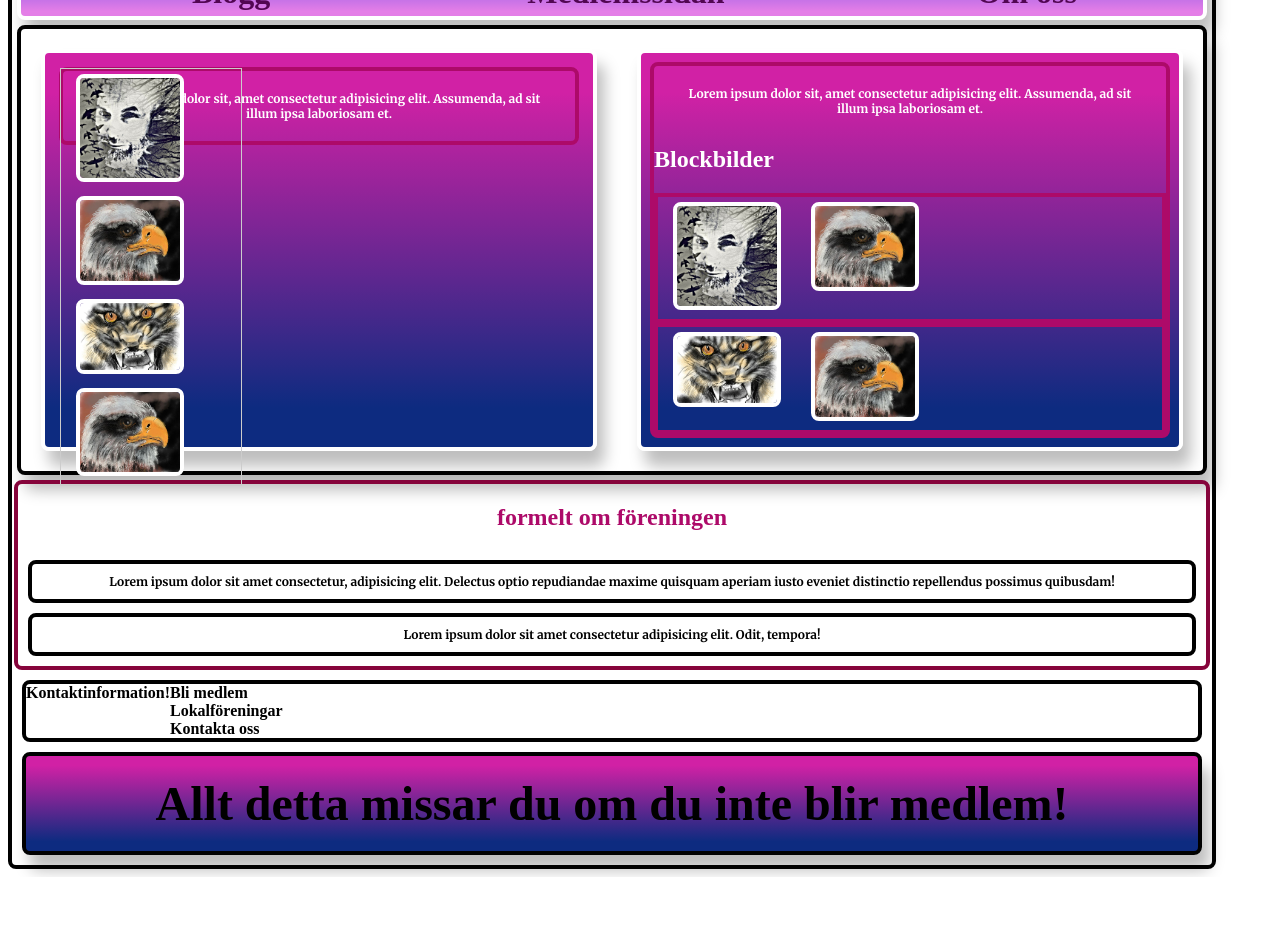
Repository: Webutveckling-20-21/lektion-3-CSS
Page: medlemssidan.html
An editor plug-in stored every save of this project. The page is shown before and after the next save, followed by the edit.
The browser window is 1280 px wide. The pictures show the part of the page from y = 117 to 1057 px (the page is 1057 px tall).
A picture or video elsewhere on the page could not be fetched, so the positions and the page height are approximate. Some web fonts or font styles are not loaded; a fallback is used.

Above is the page before, as saved 2021-10-07 14:08:29.

### medlemssidan.html
<!DOCTYPE html>
<html lang="en">

<head>
    <meta charset="UTF-8">
    <meta http-equiv="X-UA-Compatible" content="IE=edge">
    <meta name="viewport" content="width=device-width, initial-scale=1.0">
    <link rel="stylesheet" href="style3.css">
    <link rel="stylesheet" href="style4.css">
    <title>om oss</title>
</head>

<body>
    <div class="header">

        <h1>Palettnördarna.se</h1>
        <div class="logo">
            <img src="images/logga.png" alt="logga" class="logo-img">
        </div>

    </div>

    <ul class="navbar">

        <li class="nav-list"> <a href="index.html">Blogg</a></li>
        <li><a href="medlemssidan.html">Medlemssidan</a></li>
        <li><a href="om oss.html">Om oss</a></li>

    </ul>

    <div class="box">



        <div class="green">
            <div class="text-info">
                <p> Lorem ipsum dolor sit, amet consectetur adipisicing elit. Assumenda, ad sit illum ipsa laboriosam
                    et.</p>
                <h2>Blockbilder</h2>
                <div class="picture">
                    <div class="pics1 pics"> <img src="images/20171005_201321.jpg" alt=""> </div>
                    <div class="pics2 pics"> <img src="images/1493892949023.jpeg" alt=""> </div>
                </div>
                <div class="picture">
                    <div class="pics3 pics"> <img src="images/1494397130015.jpeg" alt=""> </div>
                    <div class="pics4 pics"> <img src="images/1493892949023.jpeg" alt=""></div>
                </div>

            </div>
        </div>

        <div class="red">
            <div class="text-info">
                <p> Lorem ipsum dolor sit, amet consectetur adipisicing elit. Assumenda, ad sit illum ipsa laboriosam
                    et.</p>
            </div >
            <div class="gallery">
            <div class="pics1 pics"> <img src="images/20171005_201321.jpg" alt=""> </div>
            <div class="pics2 pics"> <img src="images/1493892949023.jpeg" alt=""> </div>
            <div class="pics3 pics"> <img src="images/1494397130015.jpeg" alt=""> </div>
            <div class="pics4 pics"> <img src="images/1493892949023.jpeg" alt=""></div>
        </div>
        </div>
    </div>

    <main class="main-content">
        <h2>formelt om föreningen</h2>
        <div class="information">
            <p>Lorem ipsum dolor sit amet consectetur, adipisicing elit. Delectus optio repudiandae maxime quisquam
                aperiam iusto eveniet distinctio repellendus possimus quibusdam!</p>
            <p>Lorem ipsum dolor sit amet consectetur adipisicing elit. Odit, tempora!

            </p>
        </div>

    </main>

    <section class="contact-all"> Kontaktinformation!

        <div class="contact-info">
            <div class="be-member">Bli medlem</div>
            <div class="locals">Lokalföreningar</div>
            <div class="contact">Kontakta oss</div>
        </div>
    </section>

    <footer class="footer-place"> Allt detta missar du om du inte blir medlem!</footer>

</body>






</html>

### style3.css
@import url('https://fonts.googleapis.com/css2?family=Grechen+Fuemen&display=swap');
@import url('https://fonts.googleapis.com/css2?family=Roboto&display=swap');
@import url('https://fonts.googleapis.com/css2?family=Merriweather:wght@700&display=swap');

body {
    font-family: 'Grechen Fuemen', cursive;
    font-weight: bolder;
    border: 4px solid black;
    border-radius: 8px;
    max-width: 1200px;
}

.header {
    display: flex;
    width: 98%;
    height: 50px;
    border: 5px solid white;
    background: linear-gradient(to bottom, #6f76df 10%, #df258b 90%);
    box-shadow: 7.6px 15.2px 15.2px hsl(0deg 0% 0% / 0.26);
    border-radius: 8px;
    justify-content: center;
    margin: 5px;
}

.header h1 {
    margin: 10px;
    flex-wrap: wrap;
}

.logo-img {
    border: 0px;
}


.navbar {

    width: auto;
    height: auto;
    display: flex;
    align-items: center;
    justify-content: space-around;
    background-color: #eed9f8;
    margin: 5px;
    border-radius: 8px;
    flex-wrap: wrap;
}

audio {
    width: 200px;
    height: 50px;
}

ul {

    list-style-type: none;
    flex-wrap: wrap;
    margin-left: 5;
    margin-right: 5;
    padding: 10;
    width: 90%;
    height: auto;
    overflow: hidden;
    border: 4px solid white;
    background: linear-gradient(to bottom, #8257e7 10%, #e47ee7 90%);
    box-shadow: 7.6px 15.2px 15.2px hsl(0deg 0% 0% / 0.26);
}

.nav-list {
    margin: 5px;
    flex-wrap: wrap;

}

a {
    text-decoration: none;
    font-size: 2rem;
    color: rgb(82, 6, 82);


}

a:hover {
    color: rgb(100, 59, 212);
}

/*
.img::before {
    content:"opacity .2" ;
 }
 .img::after {
    content:" opacity 1";
 }*/

.thumbnail:hover {
    position: relative;
    top: -10px;
    /* left: -10px; */
    right: 30px;
    width: 175px;
    height: auto;
    display: block;
    z-index: 999;
    transition: all .5s ease-in-out;
}

.marg-text {
    text-align: justify;
}

/* <img src="[your hosted image URL]" class="thumbnail" height="100" width="100" />  */



.box {
    /* background: linear-gradient(to bottom, #c69de7 10%, #e47ee7 90%); */
    /* height:200px; */
    display: flex;
    /* max-width: 100%; */
    align-items: stretch;
    justify-content: center;
    flex-direction: row;
    flex-wrap: wrap;
    ;
    border: 4px solid rgb(86, 5, 102);
    background-color: white;
    border-radius: 8px;
    flex-wrap: wrap;
    border: solid 4px black;
    margin: 5px;
    /* opacity: 0.5; */
    box-shadow: 7.6px 15.2px 15.2px hsl(0deg 0% 0% / 0.26);
}

.blue {
    display:flex;
    flex-wrap: wrap;


   background: linear-gradient(to bottom, #d121a5 10%, #0d2b80 90%);
    max-width: 300px;
    max-height: auto;
    background-color: rgba(255, 255, 255, 0.2);
    margin: 20px;
    flex: 1;
    order: 2;
    border: 4px solid rgb(241, 238, 238);
    color: white;
    border-radius: 8px;
    padding: 10px;
    box-shadow: 7.6px 15.2px 15.2px hsl(0deg 0% 0% / 0.26);

}

.green {
    max-width: 300px;
    max-height: auto;
    flex: 1;
    order: 3;
    margin: 20px;
    border: 4px solid white;
    color: White;
    border-radius: 8px;
    padding: 5px;
    box-shadow: 7.6px 15.2px 15.2px hsl(0deg 0% 0% / 0.26);
    background: linear-gradient(to bottom, #d121a5 10%, #0d2b80 90%);
}

.red {
    max-width: 300px;
    margin: 20px;
    flex: 1;
    order: 1;
    padding: 10px;
    color: white;

    border: 4px solid white;
    background: rgba(255, 255, 255, 0.1);
    border-radius: 8px;
    padding: 10px;
    background: linear-gradient(to bottom, #d121a5 10%, #0d2b80 90%);
    box-shadow: 7.6px 15.2px 15.2px hsl(0deg 0% 0% / 0.26);

}

.main-content{
    display:flex;
    flex-direction: column;
  text-align: center;
  border:solid 4px rgb(134, 4, 59);
  border-radius:8;
  margin: 2px;
}
main{
    border-radius: 8px;
}

 .main-content> h2{
   color:rgb(173, 10, 105);
 }
 .information>p{
     color:black;
     border:solid 4px black;
     border-radius: 8px;
 }
 .text-info{
     border:solid 4px rgb(173,10,105);
     border-radius: 8px;
     margin:4px;

 }
 .picture{
     display:flex;
     flex-wrap: wrap;
     border:solid 4px rgb(173,10,105);

 }


img {
    margin-left: 10px;
    margin-right: 10px;
    width: 100px;
    border-radius: 8px;
    max-width: 300px;
    /*margin: auto;*/
    border: 4px solid white;
}

h2 {
    justify-content: center;
    font-weight: 700;
}
h3 {
    margin: auto;
}
p {
    font-size: 0.75rem;
    text-align: center;
    margin: 10px;
    padding: 10px;
    font-family: 'Merriweather', serif;
    color: white;
    /* font-family: 'Roboto', sans-serif;   */

}

h3 {
    /* padding: 20px; */
    text-align: center;
}

.footer-place {
    display: flex;
    justify-content: center;
    align-items: stretch;
    /* width: 90vh; */
    padding: 20px;
    margin: 10px;
    border: 4px solid black;
    background: linear-gradient(180deg, #d121a5 10%, #0d2b80 90%);
    box-shadow: 7.6px 15.2px 15.2px hsl(0deg 0% 0% / 0.26);
    border-radius: 8px;
    font-size:3rem;
}

.pics {

    margin: 5px;

}

### style4.css
@import url('https://fonts.googleapis.com/css2?family=Grechen+Fuemen&display=swap');
@import url('https://fonts.googleapis.com/css2?family=Roboto&display=swap');
@import url('https://fonts.googleapis.com/css2?family=Merriweather:wght@700&display=swap');

body {
    font-family: 'Grechen Fuemen', cursive;
    font-weight: bolder;
    border: 4px solid black;
    border-radius: 8px;
    max-width: 1200px;
}

.header {
    display: flex;
    width: 98%;
    height: 50px;
    border: 5px solid white;
    background: linear-gradient(to bottom, #6f76df 10%, #df258b 90%);
    box-shadow: 7.6px 15.2px 15.2px hsl(0deg 0% 0% / 0.26);
    border-radius: 8px;
    justify-content: center;
    margin: 5px;
}

.header h1 {
    margin: 10px;
    flex-wrap: wrap;
}

.logo-img {
    border: 0px;
}


.navbar {

    width: auto;
    height: auto;
    display: flex;
    align-items: center;
    justify-content: space-around;
    background-color: #eed9f8;
    margin: 5px;
    border-radius: 8px;
    flex-wrap: wrap;
}

audio {
    width: 200px;
    height: 50px;
}

ul {

    list-style-type: none;
    flex-wrap: wrap;
    margin-left: 5;
    margin-right: 5;
    padding: 10;
    width: 90%;
    height: auto;
    overflow: hidden;
    border: 4px solid white;
    background: linear-gradient(to bottom, #8257e7 10%, #e47ee7 90%);
    box-shadow: 7.6px 15.2px 15.2px hsl(0deg 0% 0% / 0.26);
}

.nav-list {
    margin: 5px;
    flex-wrap: wrap;

}

a {
    text-decoration: none;
    font-size: 2rem;
    color: rgb(82, 6, 82);


}

a:hover {
    color: rgb(100, 59, 212);
}

/*
.img::before {
    content:"opacity .2" ;
 }
 .img::after {
    content:" opacity 1";
 }*/

.thumbnail:hover {
    position: relative;
    top: -10px;
    /* left: -10px; */
    right: 30px;
    width: 175px;
    height: auto;
    display: block;
    z-index: 999;
    transition: all .5s ease-in-out;
}

.marg-text {
    text-align: justify;
}

/* <img src="[your hosted image URL]" class="thumbnail" height="100" width="100" />  */



.box {
    /* background: linear-gradient(to bottom, #c69de7 10%, #e47ee7 90%); */
    /* height:200px; */
    display: flex;
    /* max-width: 100%; */
    align-items: stretch;
    justify-content: center;
    flex-direction: row;
    flex-wrap: wrap;
    ;
    border: 4px solid rgb(86, 5, 102);
    background-color: white;
    border-radius: 8px;
    flex-wrap: wrap;
    border: solid 4px black;
    margin: 5px;
    /* opacity: 0.5; */
    box-shadow: 7.6px 15.2px 15.2px hsl(0deg 0% 0% / 0.26);
}



.green {
    max-width: 50%;
    max-height: auto;
    flex: 1;
    order: 2;
    margin: 20px;
    border: 4px solid white;
    color: White;
    border-radius: 8px;
    padding: 5px;
    box-shadow: 7.6px 15.2px 15.2px hsl(0deg 0% 0% / 0.26);
    background: linear-gradient(to bottom, #d121a5 10%, #0d2b80 90%);
}

.red {
    display:flex;
    flex-direction: column;
    flex-wrap: wrap;
    max-width: 50%;
    margin: 20px;
    flex: 1;
    order: 1;
    padding: 10px;
    color: white;

    border: 4px solid white;
    background: rgba(255, 255, 255, 0.1);
    border-radius: 8px;
    padding: 10px;
    background: linear-gradient(to bottom, #d121a5 10%, #0d2b80 90%);
    box-shadow: 7.6px 15.2px 15.2px hsl(0deg 0% 0% / 0.26);

}

.gallery{
    position:absolute;
    flex-wrap: wrap;
    flex-direction: row;

    display:flex;
    margin: 5px;
    border: 1px solid #ccc;
    float: left;
    width: 180px;
}
.gallery:hover{
    border: 1px solid #777;
}


.main-content {
    display: flex;
    flex-direction: column;
    text-align: center;
    border: solid 4px rgb(134, 4, 59);
    border-radius: 8;
    margin: 2px;
}

main {
    border-radius: 8px;
}

.main-content>h2 {
    color: rgb(173, 10, 105);
}


.information>p {
    color: black;
    border: solid 4px black;
    border-radius: 8px;
}

.text-info {
    border: solid 4px rgb(173, 10, 105);
    border-radius: 8px;
    margin: 4px;

}

.picture {
    display: flex;
    flex-wrap: wrap;
    border: solid 4px rgb(173, 10, 105);

}


img {
    margin-left: 10px;
    margin-right: 10px;
    width: 100px;
    border-radius: 8px;
    max-width: 300px;
    /*margin: auto;*/
    border: 4px solid white;
}

h2 {
    justify-content: center;
    font-weight: 700;
}

h3 {
    margin: auto;
}

p {
    font-size: 0.75rem;
    text-align: center;
    margin: 10px;
    padding: 10px;
    font-family: 'Merriweather', serif;
    color: white;
    /* font-family: 'Roboto', sans-serif;   */

}

h3 {
    /* padding: 20px; */
    text-align: center;
}
.contact-all{
    display:flex;
    flex-wrap: wrap;
    flex-direction: row;
    flex-direction: stretch;
    border:4px solid black;
    border-radius:8px;
    margin: 10px;

}
.contact {

}

.footer-place {
    display: flex;
    justify-content: center;
    align-items: stretch;
    /* width: 90vh; */
    padding: 20px;
    margin: 10px;
    border: 4px solid black;
    background: linear-gradient(180deg, #d121a5 10%, #0d2b80 90%);
    box-shadow: 7.6px 15.2px 15.2px hsl(0deg 0% 0% / 0.26);
    border-radius: 8px;
    font-size: 3rem;
}

.pics {

    margin: 5px;

}

After the next save:
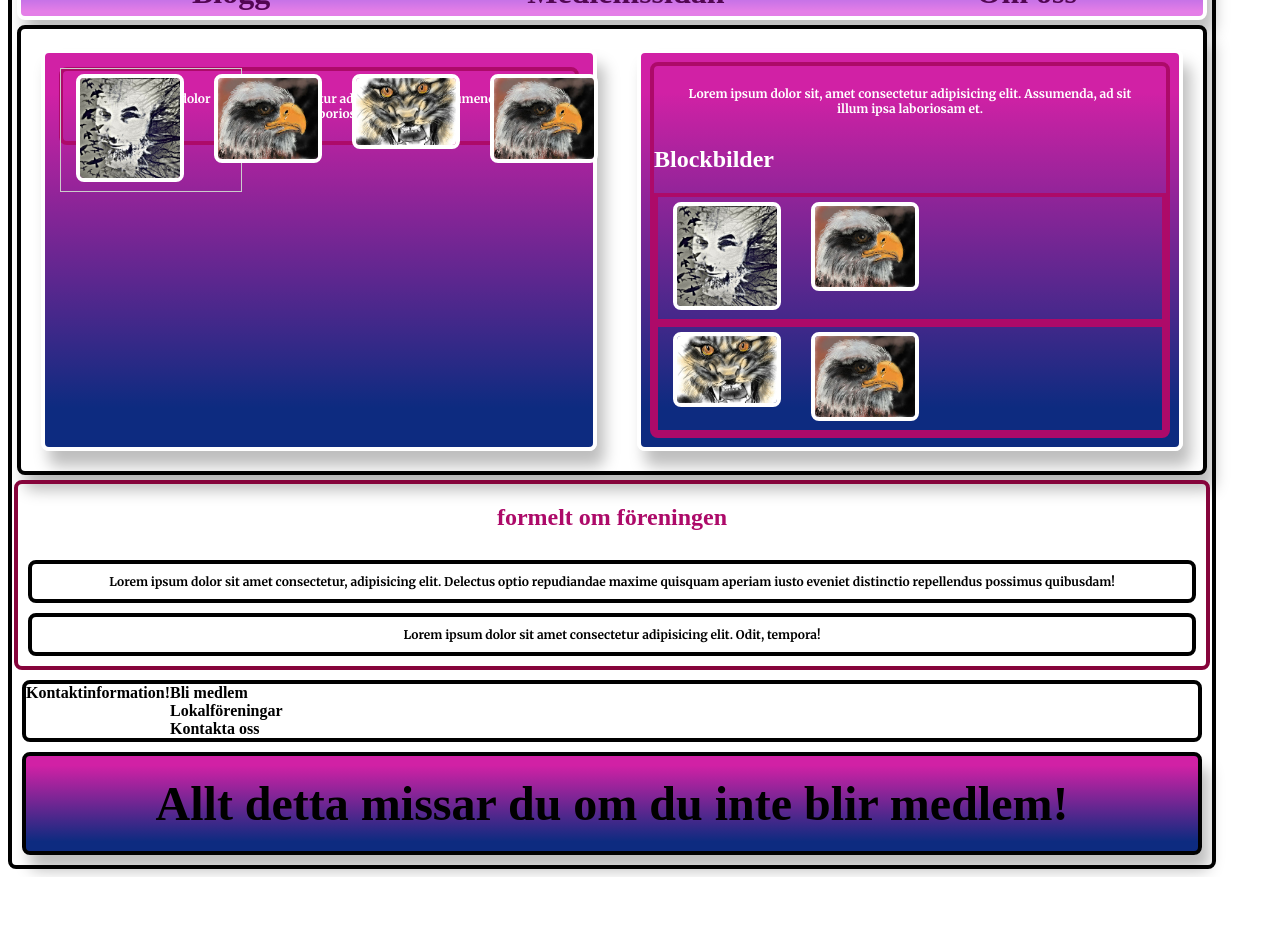
Saved 14 s later.
--- a/style4.css
+++ b/style4.css
@@ -169,8 +169,7 @@ a:hover {
 
 .gallery{
     position:absolute;
-    flex-wrap: wrap;
-    flex-direction: row;
+
 
     display:flex;
     margin: 5px;
